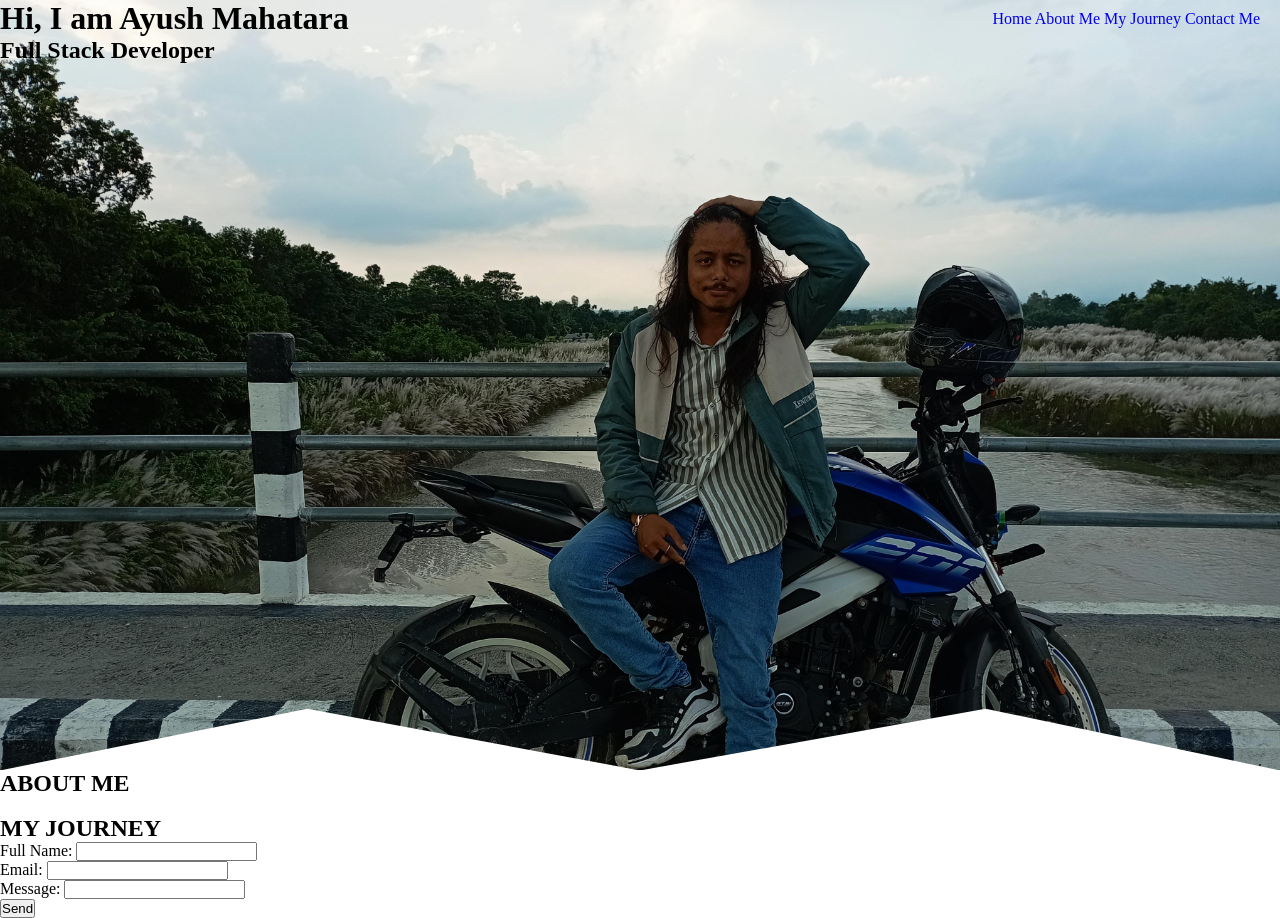
Repository: AyushMahatara/personal-website
Page: New folder/index.html
The author's editor kept a copy of each file at every save. The page is drawn from the files as they stood at one save, then again after the next save.
The browser window is 1280 px wide. The pictures show the whole page.
Backgrounds fixed to the window are drawn as part of the page.

Above is the page before, as saved 2023-07-19 22:50:25.

### New folder/index.html
<!DOCTYPE html>
<html lang="en">
  <head>
    <meta charset="UTF-8" />
    <meta name="viewport" content="width=device-width, initial-scale=1.0" />
    <link rel="stylesheet" href="/style.css" />
    <title>GA</title>
  </head>

  <style></style>
  <body>
    <header>
      <div class="first">
        <div>
          <nav>
            <a href="#">Home</a>
            <a href="#">About Me</a>
            <a href="#">My Journey</a>
            <a href="#">Contact Me</a>
            <!-- <a href="#">Home</a> -->
          </nav>
        </div>
        <div>
          <h1>Hi, I am Ayush Mahatara</h1>
          <h2>Full Stack Developer</h2>
          <img src="" alt="" />
        </div>
      </div>
    </header>
    <div class="second">
      <h2>ABOUT ME</h2>
      <div class="profilePic">
        <img src="" alt="" />
      </div>
      <div class="aboutMe"></div>
    </div>

    <div class="third">
      <h2>MY JOURNEY</h2>
      <div class="experience"></div>
    </div>

    <div class="contactMe">
      <div>
        <form action="">
          <div>
            <label for="">Full Name:</label>
            <input type="text" />
          </div>
          <div>
            <label for="">Email:</label>
            <input type="email" required />
          </div>
          <div>
            <label for="">Message:</label>
            <input type="textarea" />
            <div>
              <button type="submit">Send</button>
            </div>
          </div>
        </form>
      </div>
    </div>

    <footer>
      <div>
        <div>
          <a href=""></a>
          <a href=""></a>
        </div>
      </div>
    </footer>
  </body>
</html>

### New folder/style.css
* {
  margin: 0;
  padding: 0;
  text-decoration: none;
}
header {
  background-image: url("/background.jpg");
  background-size: cover;
  background-position: top;
  background-repeat: no-repeat;
  background-attachment: fixed;
  width: 100%;
  height: 107vh;
  position: relative;
  clip-path: polygon(
    0 0,
    0 100%,
    24% 92%,
    50% 100%,
    77% 92%,
    100% 100%,
    100% 0
  );

  overflow: hidden;
}

nav {
  float: right;
  padding: 10px 20px;
}

After the next save:
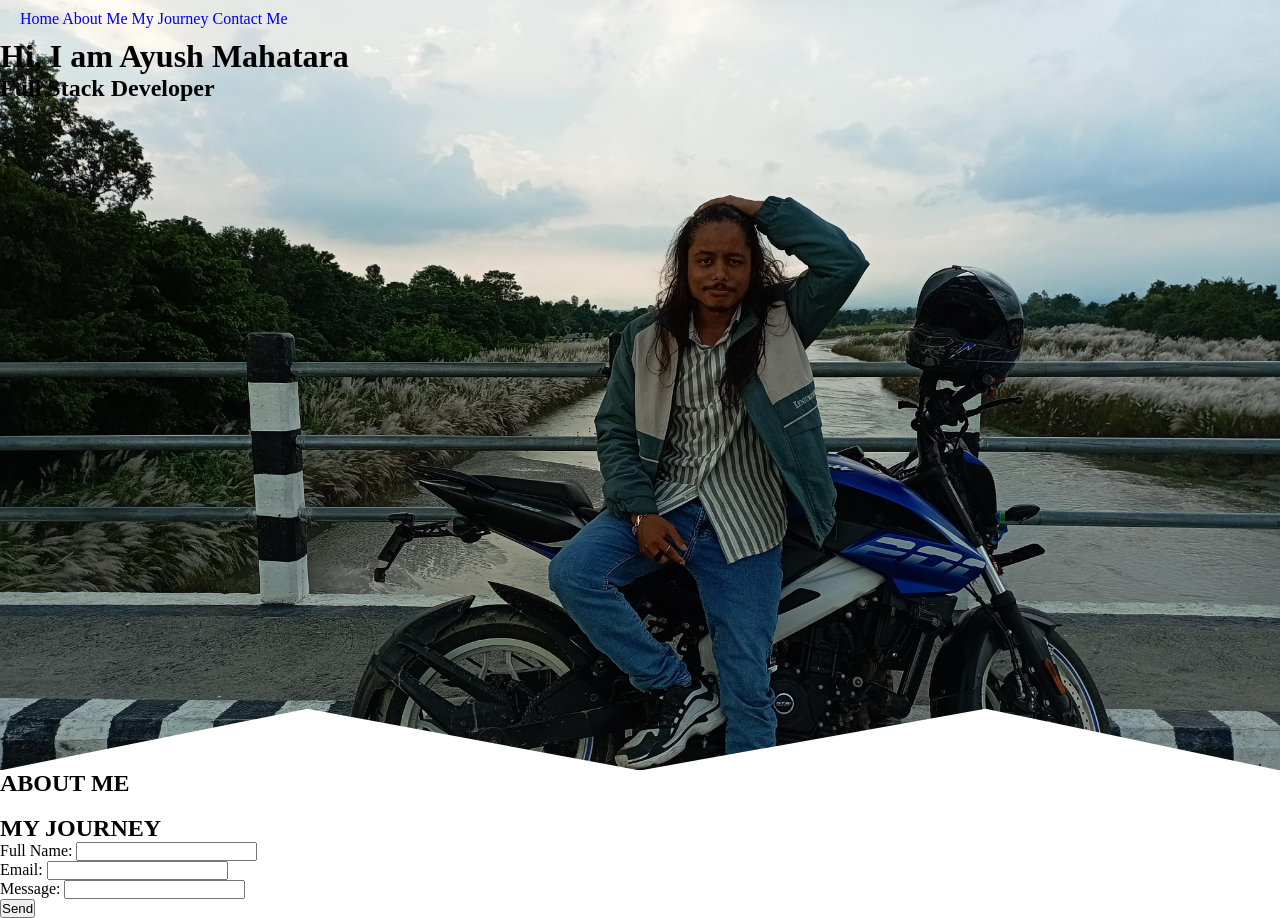
Saved 12 s later.
--- a/New folder/style.css
+++ b/New folder/style.css
@@ -26,6 +26,6 @@ header {
 }
 
 nav {
-  float: right;
+  /* float: right; */
   padding: 10px 20px;
 }
